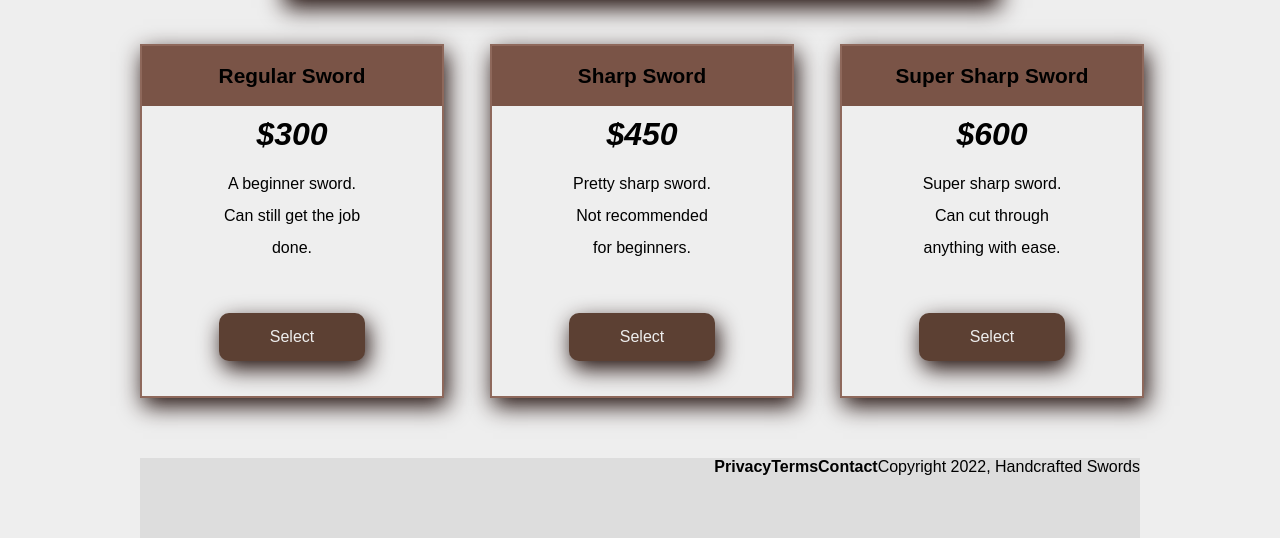
Repository: Pafestivo/Product-Landing-Page
Page: index.html
The author's editor kept a copy of each file at every save. The page is drawn from the files as they stood at one save, then again after the next save.
The browser window is 1280 px wide. The pictures show the part of the page from y = 1139 to 1677 px (the page is 1677 px tall).
Some web libraries are served in a nearby version.

Above is the page before, as saved 2022-09-16 11:05:56.

After the next save:
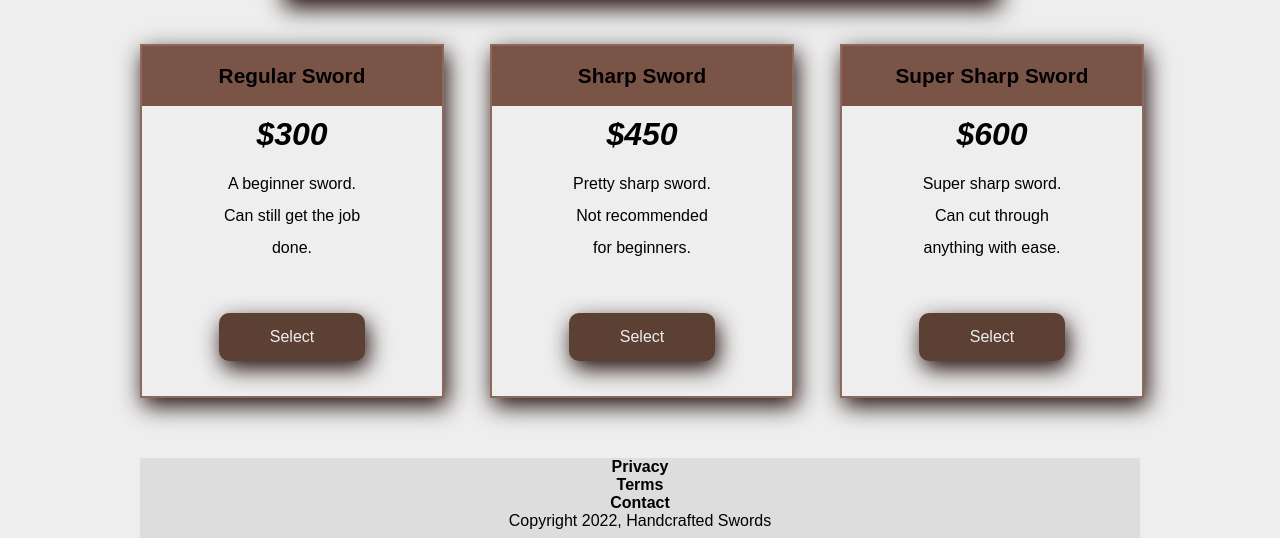
Saved 2 min 3 s later.
--- a/styles.css
+++ b/styles.css
@@ -206,8 +206,6 @@
 
 /* Footer area */
 footer {
-  display: flex;
-  justify-content: end;
   background-color: #ddd;
   height: 80px;
   margin-top: 60px;
